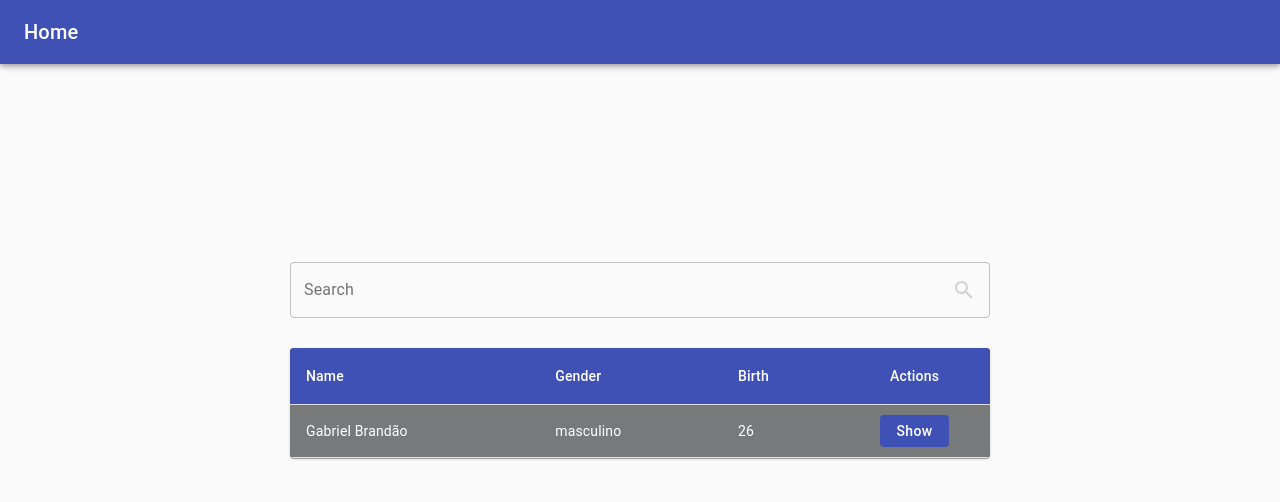
Repository: GabrielBrandaoProjetos/patient-manager
Page: /
These files come from the project's save history. The page is drawn as it stood at one moment and after the next save; the edit follows.
The browser window is 1280 px wide. The pictures show the whole page.
The project was rebuilt for these pictures with package versions that can differ from the ones it lists, and the page was loaded fresh each time.

Above is the page before, as saved 2021-09-14 15:08:52.

### public/index.html
<!DOCTYPE html>
<html lang="en">
  <head>
    <meta charset="utf-8" />
    <meta name="viewport" content="minimum-scale=1, width=device-width, initial-scale=1" />
    <meta name="theme-color" content="#000000" />

    <title>React App</title>
  </head>
  <body>
    <noscript>You need to enable JavaScript to run this app.</noscript>
    <div id="root"></div>
  </body>
</html>

### src/App.tsx
import React from 'react';
import { CssBaseline } from '@material-ui/core';
import { Home } from './pages/Home/Home';


function App() {
  return (
    <>
    <CssBaseline />
    <Home />
    </>
  );
}

export default App;

### src/pages/Home/Home.tsx
import React from 'react';
import { AppBar, Button, FormControl, InputAdornment, InputLabel, OutlinedInput, Paper, Table, TableBody, TableCell, TableContainer, TableHead, TableRow, Toolbar, Typography } from '@material-ui/core';
import {Search} from '@material-ui/icons'
import { createStyles, makeStyles, Theme } from '@material-ui/core/styles';

const useStyles = makeStyles((theme: Theme) =>
  createStyles({
    root: {
      width: '100vw',
      height: '100vh',
      display: 'flex',
      flexDirection: 'column',
      alignItems: 'center',
      justifyContent: 'center',
    },
    title: {
      flexGrow: 1,
    },
    form: {
      maxWidth: 700,
      width: "100%",
    },
    outlinedInput: {

    },
    search: {
      color: "#d2d2d2",
    },
    tableContainer: {
      maxWidth: 700,
      width: "100%",

      marginTop: 30,
      backgroundColor: "#4f5052",
    },
    table: {

    },
    row: {
      color: "white",
      background: "#3f51b5"
    },
    rowBody: {
      '&:nth-of-type(odd)': {
        backgroundColor: "#78797a",
      }
    },
    cell: {
      color: "white",
    },
    actions: {
      padding: 0
    },
    button: {
      padding: "4px 16px",
      textTransform: "none"
    }
  }),
);

export const Home = () => {
  const classes = useStyles();
  return(
    <div className={classes.root}>
      <AppBar>
        <Toolbar>
          <Typography variant="h6" className={classes.title}>
            Home
          </Typography>
        </Toolbar>
      </AppBar>

      <FormControl className={classes.form} variant="outlined">
        <InputLabel htmlFor="outlined-adornment-search">Search</InputLabel>
        <OutlinedInput
          classes={{root: classes.outlinedInput}}
          id="outlined-adornment-search"
          type="search"
          // value={values.password}
          // onChange={handleChange('password')}
          endAdornment={
            <InputAdornment position="end">
              <Search className={classes.search}/>
            </InputAdornment>
          }
          labelWidth={70}
        />
      </FormControl>

      <TableContainer component={Paper} className={classes.tableContainer}>
        <Table className={classes.table} aria-label="simple table">
          <TableHead>
            <TableRow className={classes.row}>
              <TableCell className={classes.cell}>Name</TableCell>
              <TableCell className={classes.cell}>Gender</TableCell>
              <TableCell className={classes.cell}>Birth</TableCell>
              <TableCell align="center" className={classes.cell}>Actions</TableCell>
            </TableRow>
          </TableHead>

          <TableBody>
            <TableRow className={classes.rowBody}>
              <TableCell component="th" className={classes.cell}>Gabriel Brandão</TableCell>
              <TableCell className={classes.cell}>masculino</TableCell>
              <TableCell className={classes.cell}>26</TableCell>
              <TableCell align="center" className={classes.actions}>
                <Button variant="contained" color="primary" disableElevation className={classes.button}>Show</Button>
              </TableCell>
            </TableRow>

          </TableBody>
        </Table>

      </TableContainer>
    </div>
  )
}

Loaded but not shown: src/index.tsx (common file); src/reportWebVitals.ts (common file)

After the next save:
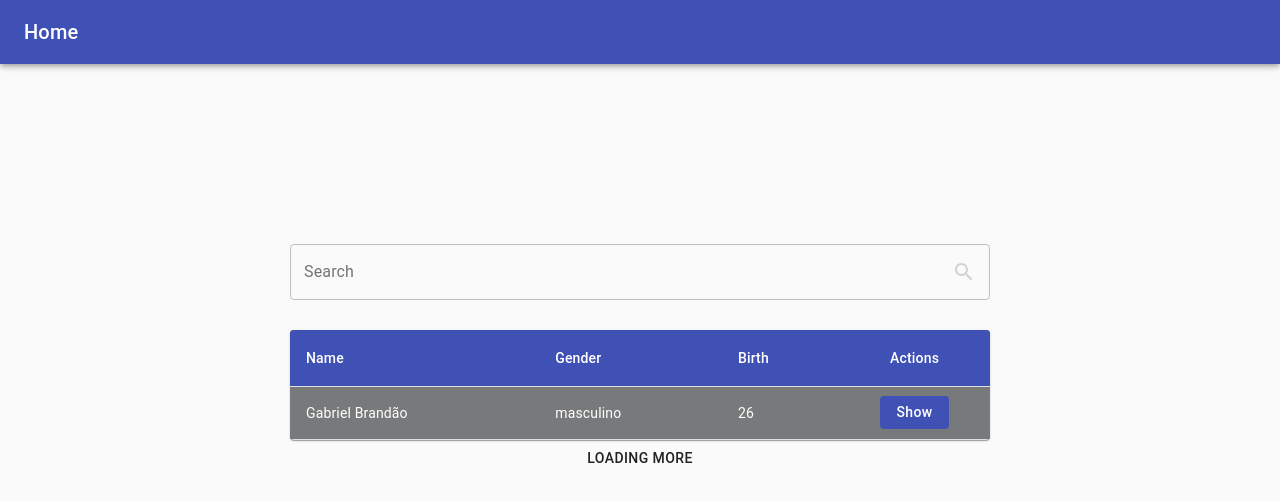
Saved 2 min 4 s later.
--- a/src/pages/Home/Home.tsx
+++ b/src/pages/Home/Home.tsx
@@ -110,8 +110,10 @@ export const Home = () => {
 
           </TableBody>
         </Table>
-
       </TableContainer>
+      <Button>
+        Loading more
+      </Button>
     </div>
   )
 }
